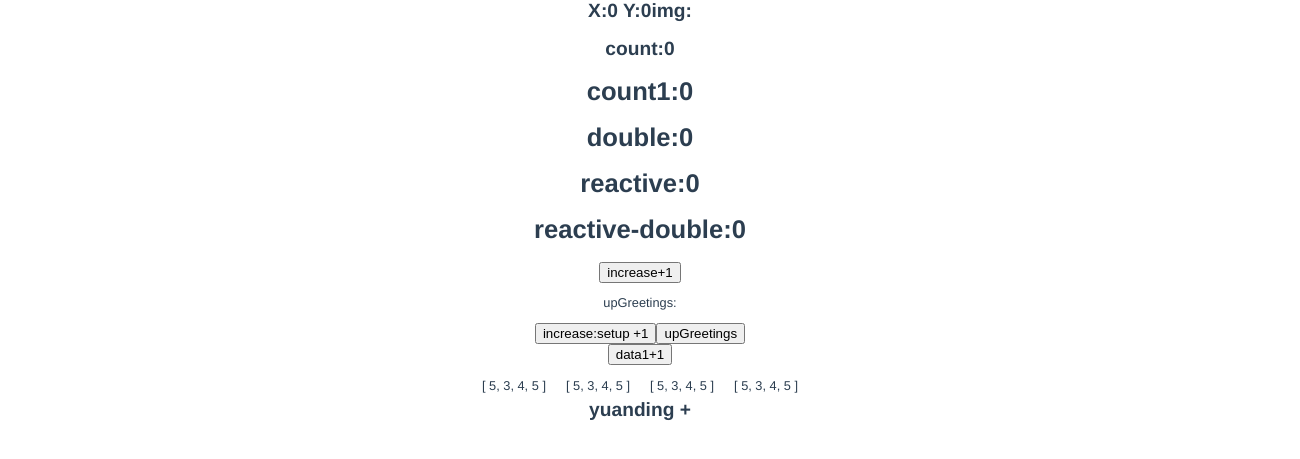
Repository: yuandinghh/vue3t2
Page: /
These files come from the project's save history. The page is drawn as it stood at one moment and after the next save; the edit follows.
The browser window is 1280 px wide. The page is 1300 px wide, so the pictures cover 1300 px, including what lies to the right of the window. The pictures show the whole page.
The page's requests for data from a server got no answer. The project was rebuilt for these pictures with package versions that can differ from the ones it lists, and the page was loaded fresh each time. No one was signed in, and anything a server would have sent is missing.

Above is the page before, as saved 2023-02-27 02:25:49.

### public/index.html
<!DOCTYPE html>
<html lang="ts">

<head>
  <meta charset="utf-8">
  <meta http-equiv="X-UA-Compatible" content="IE=edge">
  <meta name="viewport" content="width=device-width,initial-scale=1.0">
  <link rel="icon" href="<%= BASE_URL %>favicon.ico">
  <style>
    body {
      margin: 0px;
      padding: -10px;

    }
      html {
            font-family: sans-serif;
            /* 默认字体 */
            font-size: 80%;
            /* 调整字体大小 */
            margin: -10px;
            padding: -10px;
        }
  </style>
  <title> vue3</title>
</head>

<body>
  <noscript>
    <strong>We're sorry but <%= htmlWebpackPlugin.options.title %> doesn't work properly without JavaScript enabled.
        Please enable it to continue.</strong>
  </noscript>
  <div id="app"></div>
  <!-- built files will be auto injected -->
</body>

</html>

### src/App.vue

<template>
  <div id="app">
    <!-- <img alt="Vue logo" src="./assets/logo.png" /> -->
    <HelloWorld msg="Welcome to Your Vue.js + TypeScript App" />
  </div>
</template>

<script lang="ts">
import { defineComponent } from "vue";
import HelloWorld from "./components/HelloWorld.vue";
// const let a =1;
export default defineComponent({
  name: "App",

  components: {
    HelloWorld,
  },
});
</script>

<style>
#app {
  font-family: Avenir, Helvetica, Arial, sans-serif;
  -webkit-font-smoothing: antialiased;
  -moz-osx-font-smoothing: grayscale;
  text-align: center;
  color: #2c3e50;
  margin-top: 20px;
}

</style>

### src/components/HelloWorld.vue
<template>
  <div class="hello">
    <h2 v-if="loading">Loadin>>>>>.message  v-if="loaded"</h2>
    <img v-if="loaded"  :src="img">   <!--   <img v-if="loaded" :src="img"> 加了v-if="loaded"  反而无法显示 (子程序出错) -->
    <h2>X:{{ x }} Y:{{ y }}img:{{ img }}</h2>
    <h2>count:{{ count }}</h2>
    <h1>count1:{{ count1 }}</h1>
    <h1>double:{{ double }}</h1>
    <h1>reactive:{{ data1.count }}</h1>
    <h1>reactive-double:{{ data1.double }}</h1>
    <button @click="increase">increase+1</button>
    <div>
      <p>upGreetings:{{ greetings }}</p>
      <button @click="increase1">increase:setup +1</button>
      <button @click="upGreetings">upGreetings</button>
    </div>
    <button @click="data1.increase">data1+1</button>
    <ul>
      <li v-for="number in numbers" :key="number"> {{ numbers }}</li>
    </ul>
  </div>
  <h2> {{ person.name }} + {{}}</h2>
</template>

<script lang="ts">
//todo
//bug
//tag
import { defineComponent } from "vue";
import { ref, computed, reactive, toRefs, watch } from "vue";  //torefs 响应式函数,onMounted,onUnmounted onMounted,onUpdated,onRenderTriggered,
import useMousePosition from '../hooks/useMousePosition'  //获得外部函数
import useURLloader from '../hooks/useURLloader'

interface Dp {
  count: number;
  double: number;
  increase: () => void;
  numbers: number[];
  person: { name?: string }
}

export default defineComponent({
  name: "HelloWorld",
  props: {
    msg: String,
  },
  setup() {
    const { x, y } = useMousePosition()
    // onMounted(()=>{   //加载
    //   console.log('onMounted')
    // });
    // onUpdated(()=>{
    //   console.log('onUpdated')   ///更新 加载函数
    // });
    // onRenderTriggered((event) => {  //跟踪页面数值变化
    //   console.l og(event)
    // })
    const { img, result, loading, loaded } = useURLloader('https://dog.ceo/api/breeds/image/random');

    console.log("result: " + result.value + "  loading:" + loading.value + "  loaded:" + loaded)
    console.log("img::::: " + img.value)
    console.log("img " + img)
    console.log("result.value: " + result.value)

    const greetings = ref('')
    const upGreetings = () => {
      greetings.value += 'hello!'
    }
    // const x = ref(0);    const y = ref(0)  //已经转移到新的文件夹中
    // const upateMouse = (e:MouseEvent) => {  //监控屏幕坐标
    //   x.value = e.pageX
    //   y.value = e.pageY
    // }
    //   onMounted(() => {
    //     document.addEventListener('click', upateMouse)
    //   })
    //   onUnmounted(()=> {
    //     document.removeEventListener('click',upateMouse)
    //   })
    watch(greetings, (newValue, oldValue) => {  //监控 点击前后数值
      console.log("newValue: " + newValue + "  oldValue:" + oldValue)
      document.title = 'updated' + greetings.value
    });

    const count1 = ref(0);
    // const double = computed(() => {
    //   return count1.value * 2;
    // });
    const increase1 = () => {
      count1.value++;
    };

    const data1: Dp = reactive({
      count: 0,
      increase: () => { data1.count++; },
      double: computed(() => data1.count * 3),
      numbers: [0, 3, 4, 5],
      person: {}
    });
    data1.numbers[0] = 5
    data1.person.name = "yuanding"
    const refdata = toRefs(data1) //
    refdata.double
    return {
      count1,
      increase1,      //double,
      data1,
      upGreetings,
      greetings,
      x, y, img,
      result,
      loaded, loading,
      ...refdata    //全部响应式对象
    };
  },
  data() {
    return {
      count: 0,
    };
  },

  methods: {
    increase() {
      this.count++;
    },
  },
});
</script>
ø
<!-- Add "scoped" attribute to limit CSS to this component only -->
<style scoped>
.hello{
  padding: -10px;
  margin: -10px;
}
  h1 h2  h3 {
  margin: 40px 0 0;
  padding: -10px;
}

ul {
  list-style-type: none;
  padding: 0;
}

li {
  display: inline-block;
  margin: 0 10px;
}

a {
  color: #42b983;
}
</style>

### src/hooks/useMousePosition.ts
import { ref, onMounted, onUnmounted }   from 'vue'
function  useMousePosition() {
    const x = ref(0); const y = ref(0)
    const upateMouse = (e: MouseEvent) => {  //监控屏幕坐标
        x.value = e.pageX
        y.value = e.pageY
    }
    onMounted(() => {
        document.addEventListener('click', upateMouse)
    })
    onUnmounted(() => {
        document.removeEventListener('click', upateMouse)
    })
    return {x,y}
}
export default useMousePosition

### src/hooks/useURLloader.ts
import axios from 'axios';
import { ref } from 'vue'

function useURLloader(url: string) {
    const result = ref(null)
    const loading = ref(true)
    const loaded = ref(false)
    const error = ref(null)
    const img = ref('')    //ref(String)

    axios.get(url).then((rawData) => {
        console.log("rawData:" + rawData)
        loading.value = false
        loaded.value = true
        result.value = rawData.data.message
        console.log('ts:result.value:' + result.value)
        img.value = rawData.data.message
        console.log('img:?' + img.value)
        console.log(rawData.data.status)
    }).catch((e) => {
        error.value = e
        loading.value = false
        console.log(e)
    })
    return {
        result, loaded, loading, error, img
    }
}
export default useURLloader

Loaded but not shown: src/main.ts (common file)

After the next save:
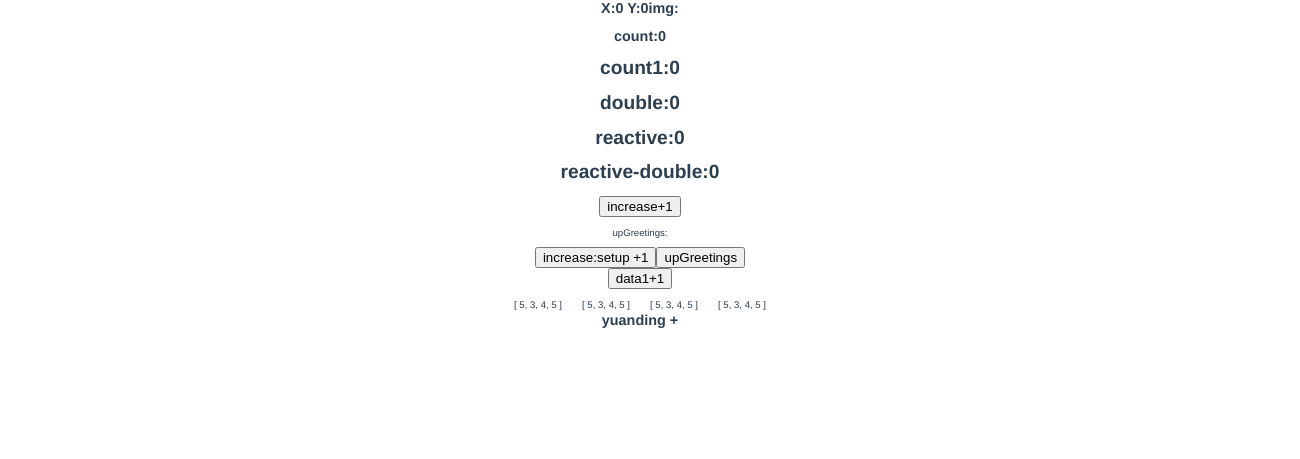
Saved 71 s later.
--- a/public/index.html
+++ b/public/index.html
@@ -15,7 +15,7 @@
       html {
             font-family: sans-serif;
             /* 默认字体 */
-            font-size: 80%;
+            font-size: 60%;
             /* 调整字体大小 */
             margin: -10px;
             padding: -10px;
